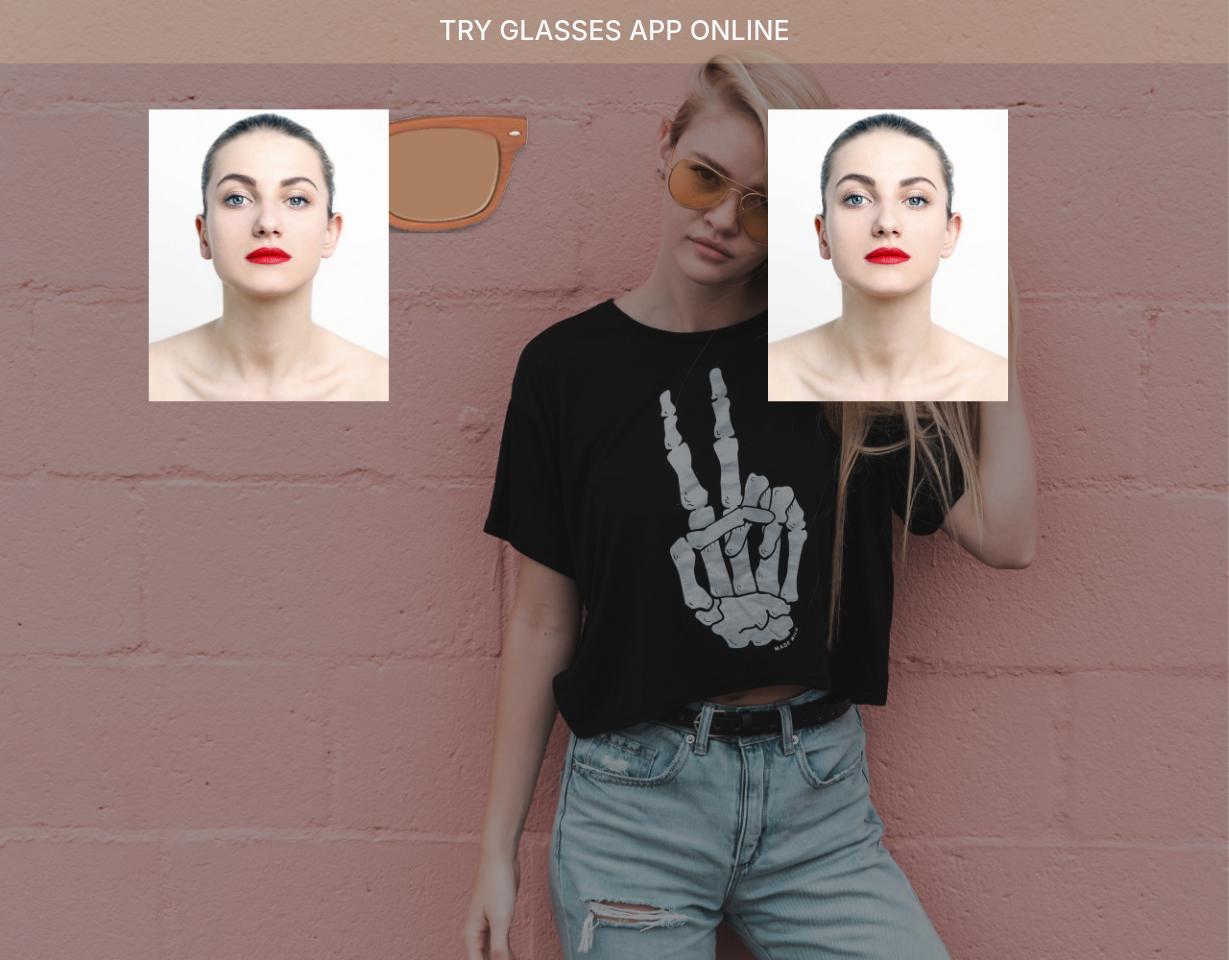
Repository: LeHieuSP/Baitapthukinh_LTH_FE70
Page: /
The author's editor kept a copy of each file at every save. The page is drawn from the files as they stood at one save, then again after the next save.
The browser window is 1280 px wide. The pictures show the whole page, at 96% of full size.
The project was rebuilt for these pictures with package versions that can differ from the ones it lists, and the page was loaded fresh each time. Also part of the build but not shown: src/index.css, src/App.css, src/redux/actions/BaiTapDatVeAction.js, src/BaiTapRedux/BaiTapBookingTicket/ThongTinDatGhe.js, src/BaiTapRedux/BaiTapBookingTicket/HangGhe.js, src/BaiTapRedux/BaiTapBookingTicket/BaiTapBookingTicket.js.

Above is the page before, as saved 2022-03-09 17:03:38.

### public/index.html
<!DOCTYPE html>
<html lang="en">
  <head>
    <meta charset="utf-8" />
    <link rel="icon" href="%PUBLIC_URL%/favicon.ico" />
    <meta name="viewport" content="width=device-width, initial-scale=1" />
    <meta name="theme-color" content="#000000" />
    <meta
      name="description"
      content="Web site created using create-react-app"
    />
    <link rel="apple-touch-icon" href="%PUBLIC_URL%/logo192.png" />
    <!--
      manifest.json provides metadata used when your web app is installed on a
      user's mobile device or desktop. See https://developers.google.com/web/fundamentals/web-app-manifest/
    -->
    <link rel="manifest" href="%PUBLIC_URL%/manifest.json" />
    <!--
      Notice the use of %PUBLIC_URL% in the tags above.
      It will be replaced with the URL of the `public` folder during the build.
      Only files inside the `public` folder can be referenced from the HTML.

      Unlike "/favicon.ico" or "favicon.ico", "%PUBLIC_URL%/favicon.ico" will
      work correctly both with client-side routing and a non-root public URL.
      Learn how to configure a non-root public URL by running `npm run build`.
    -->
    <link rel="stylesheet" href="https://stackpath.bootstrapcdn.com/bootstrap/4.3.1/css/bootstrap.min.css" integrity="sha384-ggOyR0iXCbMQv3Xipma34MD+dH/1fQ784/j6cY/iJTQUOhcWr7x9JvoRxT2MZw1T" crossorigin="anonymous">

    <title>React App</title>
  </head>
  <body>
    <noscript>You need to enable JavaScript to run this app.</noscript>
    <div id="root"></div>
    <!--
      This HTML file is a template.
      If you open it directly in the browser, you will see an empty page.

      You can add webfonts, meta tags, or analytics to this file.
      The build step will place the bundled scripts into the <body> tag.

      To begin the development, run `npm start` or `yarn start`.
      To create a production bundle, use `npm run build` or `yarn build`.
    -->
    <script src="https://code.jquery.com/jquery-3.3.1.slim.min.js" integrity="sha384-q8i/X+965DzO0rT7abK41JStQIAqVgRVzpbzo5smXKp4YfRvH+8abtTE1Pi6jizo" crossorigin="anonymous"></script>
    <script src="https://cdnjs.cloudflare.com/ajax/libs/popper.js/1.14.7/umd/popper.min.js" integrity="sha384-UO2eT0CpHqdSJQ6hJty5KVphtPhzWj9WO1clHTMGa3JDZwrnQq4sF86dIHNDz0W1" crossorigin="anonymous"></script>
    <script src="https://stackpath.bootstrapcdn.com/bootstrap/4.3.1/js/bootstrap.min.js" integrity="sha384-JjSmVgyd0p3pXB1rRibZUAYoIIy6OrQ6VrjIEaFf/nJGzIxFDsf4x0xIM+B07jRM" crossorigin="anonymous"></script>




  </body>
</html>

### src/index.js
import React from 'react';
import ReactDOM from 'react-dom';
import './index.css';
import App from './App';
import reportWebVitals from './reportWebVitals';

import {Provider} from 'react-redux';
import {createStore} from 'redux';
import {rootReducer} from './redux/reducer/rootReducer';

const store = createStore(rootReducer);

ReactDOM.render(
  <Provider store={store}>

    <App />

  </Provider>,
  document.getElementById('root')
);

// If you want to start measuring performance in your app, pass a function
// to log results (for example: reportWebVitals(console.log))
// or send to an analytics endpoint. Learn more: https://bit.ly/CRA-vitals
reportWebVitals();

### src/App.js

import { Component } from 'react';
import './App.css';
import BaiTapBookingTicket from './BaiTapRedux/BaiTapBookingTicket/BaiTapBookingTicket';
import BaiTapThuKinh from './BaiTapThuKinh/BaiTapThuKinh';

export default class App extends Component {
  render() {
    return (
      <div>
        {/* <BaiTapBookingTicket /> */}
        <BaiTapThuKinh />
      </div>
    )
  }
}

### src/redux/reducer/rootReducer.js
import { combineReducers } from "redux";

//import (combineReducers)
import BaiTapDatVeReducer from './BaiTapDatVeReducer';
export const rootReducer = combineReducers ({
     BaiTapDatVeReducer, // state bài tập đặt vé
})


//export default rootReducer ;

### src/BaiTapThuKinh/BaiTapThuKinh.js
import React, { Component } from "react";

export default class BaiTapThuKinh extends Component {
  render() {
    return (
      <div
        style={{
          backgroundImage: "url(./glassesImage/bg.jpg)",
          backgroundRepeat: "no-repeat",
          backgroundSize: "1500px",
          height: "1000px",
        }}
      >
        <div style={{ backgroundColor: "rgba(0,0,0,.3)", height: "1000px" }}>
          <h3
            style={{ backgroundColor: "rgba(252	,224,166,.2)" }}
            className="text-center text-light p-3"
          >
            TRY GLASSES APP ONLINE
          </h3>
          <div className="container">
            <div className="row mt-5 text-center">
              <div className="col-6">
                  <div className="position-relative">
                <img className="position-absolute"
                  style={{ width: "250px" }}
                  src="./glassesImage/model.jpg"
                  alt="model.jpg"
                />
                <img src="./glassesImage/v1.png" />
                </div>
              </div>
              <div className="col-6">
                <img
                  style={{ width: "250px" }}
                  src="./glassesImage/model.jpg"
                  alt="model.jpg"
                />

              </div>
            </div>
          </div>
        </div>
      </div>
    );
  }
}

### src/redux/reducer/BaiTapDatVeReducer.js
import { DAT_GHE, HUY_GHE } from "../types/BaiTapDatVeType";

const stateDefault = {
  danhSachGheDangDat: [

  ],
};

const BaiTapDatVeReducer = (state = stateDefault, action) => {
  switch (action.type) {
    case DAT_GHE: {
      let danhSachGheDangDatUpdate = [...state.danhSachGheDangDat];
      let index = danhSachGheDangDatUpdate.findIndex(
        (gheDangDat) => gheDangDat.soGhe === action.ghe.soGhe
      );
      if (index !== -1) {//khi người dùng click ghế đang đặt đã có trong mảng => remove đi
        danhSachGheDangDatUpdate.splice(index, 1);
      } else {//khi người dùng click ghế đang đặt chưa có trong mảng => push vào
          danhSachGheDangDatUpdate.push(action.ghe)
      }
      // cập nhật lại state => giao diện render lại
      state.danhSachGheDangDat = danhSachGheDangDatUpdate;

      return { ...state };
    }
    case HUY_GHE : {
      let danhSachGheDangDatUpdate = [...state.danhSachGheDangDat];
      let index = danhSachGheDangDatUpdate.findIndex(
        (gheDangDat) => gheDangDat.soGhe === action.soGhe
      );
      if (index !== -1) {//khi người dùng click ghế đang đặt đã có trong mảng => remove đi
        danhSachGheDangDatUpdate.splice(index, 1);
      }
      state.danhSachGheDangDat = danhSachGheDangDatUpdate;
      return {...state};
    }
    default:
      return { ...state };
  }
};

export default BaiTapDatVeReducer;

### src/BaiTapRedux/BaiTapBookingTicket/BaiTapBookingTicket.css
@font-face {
  font-family: "fontGame";
  src: url("/src/./font/Pony.ttf");
}

.bookingMovie {
  font-family: "fontGame";
}

.ghe {
  border: 3px solid orange;
  width: 45px;
  height: 35px;
  font-size: 12px;
  margin-left: 2%;
  margin-bottom: 1%;
  border-radius: 5px;
}

.rowNumber {
  /* font-size: 25px; */
  width: 45px;
  height: 35px;
  background: none;
  border: none;
  margin-left: 2%;
  margin-bottom: 1%;
  font-size: 30px;
  color: yellow;
}
.firstChar {
  color: yellow;
  font-size: 35px;
  margin-right: 15px;
}

.screen {
  border-bottom: 50px solid rgb(255, 159, 95);
  border-left: 50px solid transparent;
  border-right: 50px solid transparent;
  height: 100;
  width: 80%;
  filter: drop-shadow(4px 30px 20px rgba(255, 255, 255, 0.5));
  font-size: 25px;
  color: #fff;
}

.gheDuocChon {
  border: 3px solid orange;

  background: orange;
  color: #000;

  cursor: no-drop !important;
  border-radius: 5px;
  width: 45px;
  height: 35px;
}

.gheDangChon {
  background: rgb(109, 238, 109);
  border: 3px solid rgb(109, 238, 109);
  color: #000;

  cursor: pointer;
  border-radius: 5px;
  width: 45px;
  height: 35px;
}

### src/redux/types/BaiTapDatVeType.js
export const DAT_GHE = 'DAT_GHE';
export const HUY_GHE = 'HUY_GHE';

Loaded but not shown: src/reportWebVitals.js (common file)

After the next save:
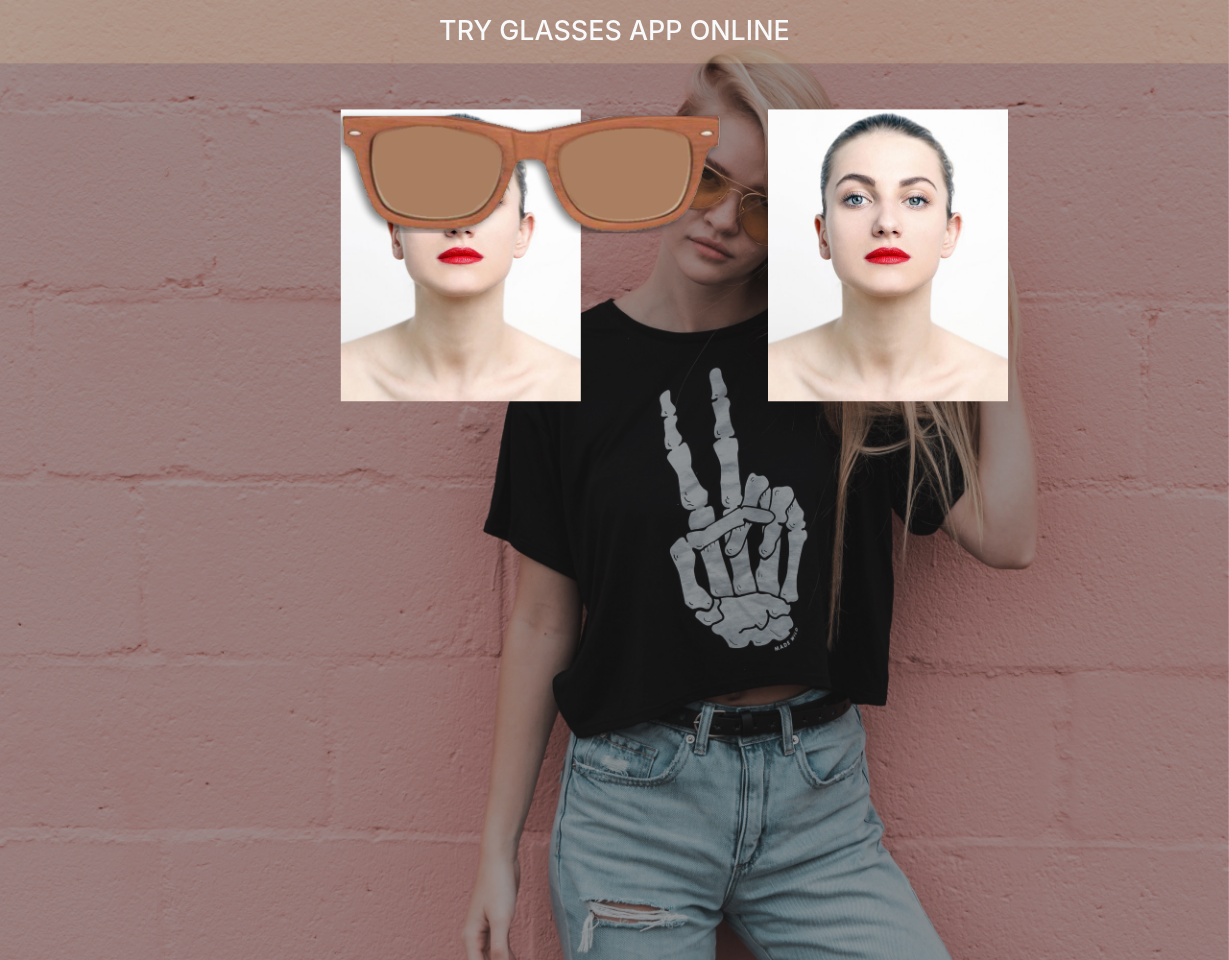
Saved 27 s later.
--- a/src/BaiTapThuKinh/BaiTapThuKinh.js
+++ b/src/BaiTapThuKinh/BaiTapThuKinh.js
@@ -27,7 +27,7 @@
                   src="./glassesImage/model.jpg"
                   alt="model.jpg"
                 />
-                <img src="./glassesImage/v1.png" />
+                <img className="position-absolute" src="./glassesImage/v1.png" />
                 </div>
               </div>
               <div className="col-6">
